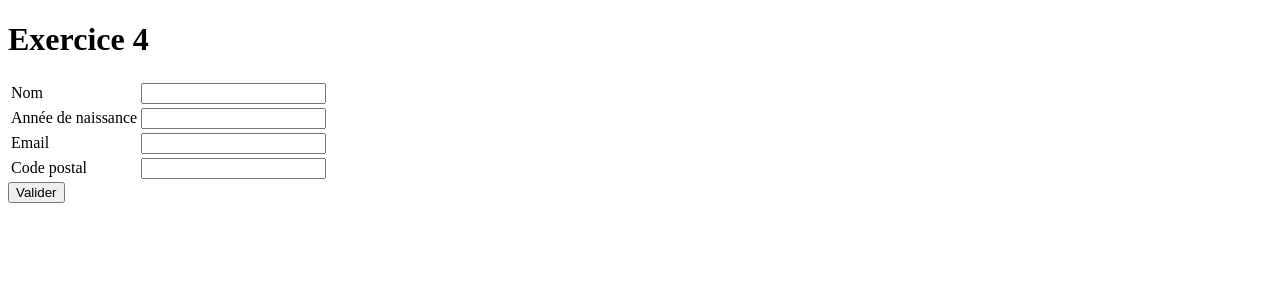
Repository: AgatheLM/formation_js
Page: insee-travaux-js/insee-client-js/exo4.html
These files come from the project's save history. The page is drawn as it stood at one moment and after the next save; the edit follows.
The browser window is 1280 px wide. The pictures show the whole page.

Above is the page before, as saved 2018-01-24 15:09:01.

### insee-travaux-js/insee-client-js/exo4.html
<!DOCTYPE html>
<html>
<head>
<meta charset="utf-8">
<meta http-equiv="X-UA-Compatible" content="IE=edge">
<title>Ma page de calcul</title>
<script type="text/javascript" src="scripts/main.js?1"></script>
</head>

<body>
	<h1>Exercice 4</h1>

	<form method="post" action="" onsubmit="return verifForm()">
		<table>
			<tr>
				<!-- Un champ « nom » : Ce champ doit être obligatoire -->
				<td><label for="nom"> Nom </label></td>
				<td><input type="text" name="nom" id="nom" /></td>
				<td><label id="erreur_nom" style="color:red"></label></td>
			</tr>
			<tr>
				<!-- Un champ « annee_naissance » : Ce champ s’il est renseigné ne doit accepter que des nombres numériques -->
				<td><label for="an"> Année de naissance </label></td>
				<td><input type="text" name="an" id="an" /></td>
				<td><label id="erreur_an" style="color:red"></label></td>
			</tr>
			<tr>
				<!-- Un champ email : Si ce champ est renseigné l’email doit être valide avant de perdre le focus -->
				<td><label for="email"> Email </label></td>
				<td><input type="texte" name="email" id="email" onblur="isEmailValide()" /></td>
				<td><label id="erreur_email" style="color:red"></label></td>
			</tr>
			<tr>
				<!-- Un champ code postal : le code Postal doit être un nombre à 5 chiffres s’il est renseigné. -->
				<td><label for="cp"> Code postal </label></td>
				<td><input type="text" name="cp" id="cp" onKeyUp="isNumber()" /></td>
				<td><label id="erreur_cp" style="color:red"></label></td>
			</tr>
		</table>
		<input type="submit" value="Valider" /><br>



	</form>
</body>
</html>

### insee-travaux-js/insee-client-js/scripts/main.js

/*************************
* Exercice 1             *
*************************/

function main(){

	// Exercice 1
	try{
		// 1 - Demande à l'utilisateur
		var largeur = prompt ('Renseigner la largeur?','');
		var longueur = prompt ('Renseigner la longueur?','');
		//2. Appel aux fonctions utilitaires
		var surface=calculSurface(longueur, largeur);
		var perimetre=calculPerimetre(longueur, largeur);
		//3. Affichage du résultat
		alert ("La surface est de " + surface);
		alert ("Le périmètre est de " + perimetre);
	} catch(e) {
		console.log(e);
	}


}


	function calculSurface (longueur, largeur)  {
		try {
			surface=longueur*largeur;
			return surface;
		} catch(e){
			console.log(e);
		}

	}

	function calculPerimetre (longueur, largeur){
		try {
			perimetre=2*longueur+2*largeur;
			return perimetre;
		}catch(e){
			console.log(e);
		}

	}



/*************************
* Exercice 2             *
*************************/

	function main_exo2(){

		/*Exercice 2 : Manipulation des tableaux
		Nous souhaitons afficher les éléments d’un tableau selon l’indice fourni par un utilisateur.
		Cette action sera répétée autant de fois jusqu’à ce que l’utilisateur saisisse le nombre « -1 » pour sortir.
		Travail à faire :
		- Coder une fonction qui initialisera le tableau ci dessous :
		var tab = new Array("Hollande","ZOME","Sarkozy","LE PEN","LE MAIRE","VALLS"
		- Faire pointer l’action du bouton sur cette nouvelle fonction.
		*/

		try{
			var tab = initTableau();
			var max=tab.length;
			var i = 0;
			while (i!=-1 ){
				i = parseInt(prompt ('Quel élément voulez vous?'));
				if ( i<max){
					alert(afficheElement(tab,i));
					//i = prompt ('Quel élément voulez vous?');
				} else  {
					alert ("Indice incorrect, il n'y a que " + max + " élements");
					//i = prompt ('Quel élément voulez vous?');
				}
			}

		} catch(e) {
			console.log(e);
		}


	}

	function initTableau(){
		return new Array("Hollande","ZOME","Sarkozy","LE PEN","LE MAIRE","VALLS");
	}


	function afficheElement(tab, i){
		return tab[i];
	}


	/*************************
	* Exercice 3             *
	*************************/

	function main_exo3(){
		/*Exercice 3 : Faire une calculette*/

		try{
			var resul;
			var v1 = parseFloat(document.getElementById("val1").value);
			var v2 = parseFloat(document.getElementById("val2").value);
			var op = document.getElementById("operateur").value;
			resul=calcul(v1,v2,op);
			result.innerHTML=resul;

		} catch(e) {
			console.log(e);
		}

	}



	function main_exo3_reinit(){
		/*Exercice 3 : Faire une calculette*/

		try{
			//document.getElementById("val1").value="";
			//document.getElementById("val2").value="";
			//document.getElementById("operateur").value="none";
			result.innerHTML="";

		} catch(e) {
			console.log(e);
		}

	}

	function calcul (v1,v2,op){
		try{
			var resul;
			switch(op){
			case "+" :
				resul = v1 + v2
				break;
			case "-" :
				resul = v1-v2
				break;
			case "*" :
				resul = v1*v2
				break;
			case "/" :
				if(v2!=0){
					resul = v1/v2
				}else{
					resul=0;
					alert("On ne peut pas diviser par 0");
					main_exo3_reinit();
				}
				break;
			}
			return resul;
		}catch(e){
			console.log(e);
		}

	}

/*************************
* Exercice 4             *
*************************/

	function verifForm(){
		try{
			var nom = document.getElementById("nom").value;
			var an = document.getElementById("an").value;
			var email = document.getElementById("email").value;
			var cp = document.getElementById("cp").value;
			var ok=true;
			erreur_nom.innerHTML="";
			erreur_an.innerHTML="";
			erreur_email.innerHTML="";
			erreur_cp.innerHTML="";
			//Un champ « nom » : Ce champ doit être obligatoire
			if (nom==''){
				erreur_nom.innerHTML="Le nom doit être renseigné";
				ok=false
			}
			//Un champ « annee_naissance » : Ce champ s’il est renseigné ne doit accepter que des nombres numériques
			if (isNaN(parseInt(an))){
				erreur_an.innerHTML="Année de naissance non valide";
				ok=false
			}

			//Un champ email : Si ce champ est renseigné l’email doit être valide avant de perdre le focus
			if (!isEmail(email)){
				erreur_email.innerHTML="Email invalide";
				ok=false
			}
			//Un champ code postal : le code Postal doit être un nombre à 5 chiffres s’il est renseigné.
			if (cp.length!=5){
				erreur_cp.innerHTML='CP non valide';
				ok=false
			}

		return ok;
		}catch(e){
			console.log(e);
		}
	}

	 function isEmail(myVar){
	     // La 1ère étape consiste à définir l'expression régulière d'une adresse email
	     var regEmail = new RegExp('^[0-9a-z._-]+@{1}[0-9a-z.-]{2,}[.]{1}[a-z]{2,5}$','i');

	     return regEmail.test(myVar);
	   }

	 function isNumber(){
		 var cp = document.getElementById("cp").value;
		 var last = cp.charAt(cp.length-1);
		 if (isNaN(parseInt(last))){
			 	document.getElementById("cp").value=cp.substr(0,cp.length-1);
				erreur_cp.innerHTML='Il faut saisir un chiffre';
			}else{
				erreur_cp.innerHTML='';
			}

	   }

	 function isEmailValide(){
		 var email = document.getElementById("email").value;
		 if (!isEmail(email)){
				erreur_email.innerHTML="Email invalide";
		}else{
			erreur_email.innerHTML="";
		}
	   }

After the next save:
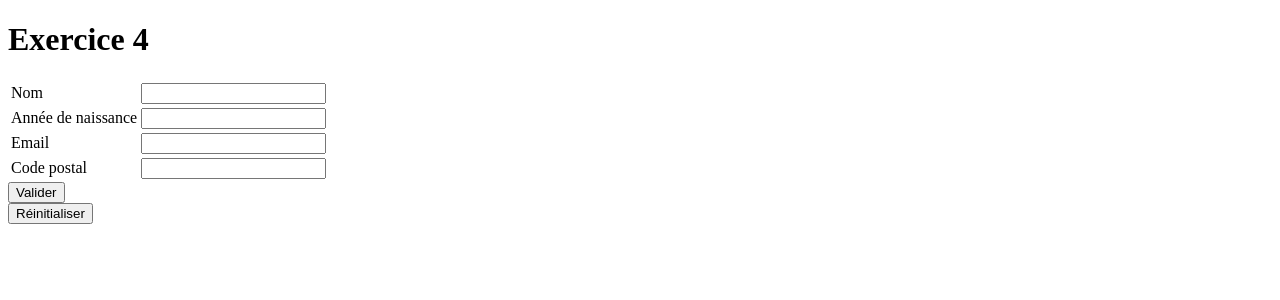
Saved 79 s later.
--- a/insee-travaux-js/insee-client-js/exo4.html
+++ b/insee-travaux-js/insee-client-js/exo4.html
@@ -38,7 +38,7 @@
 			</tr>
 		</table>
 		<input type="submit" value="Valider" /><br>
-
+		<input type="reset" value="Réinitialiser" /><br>
 
 
 	</form>
